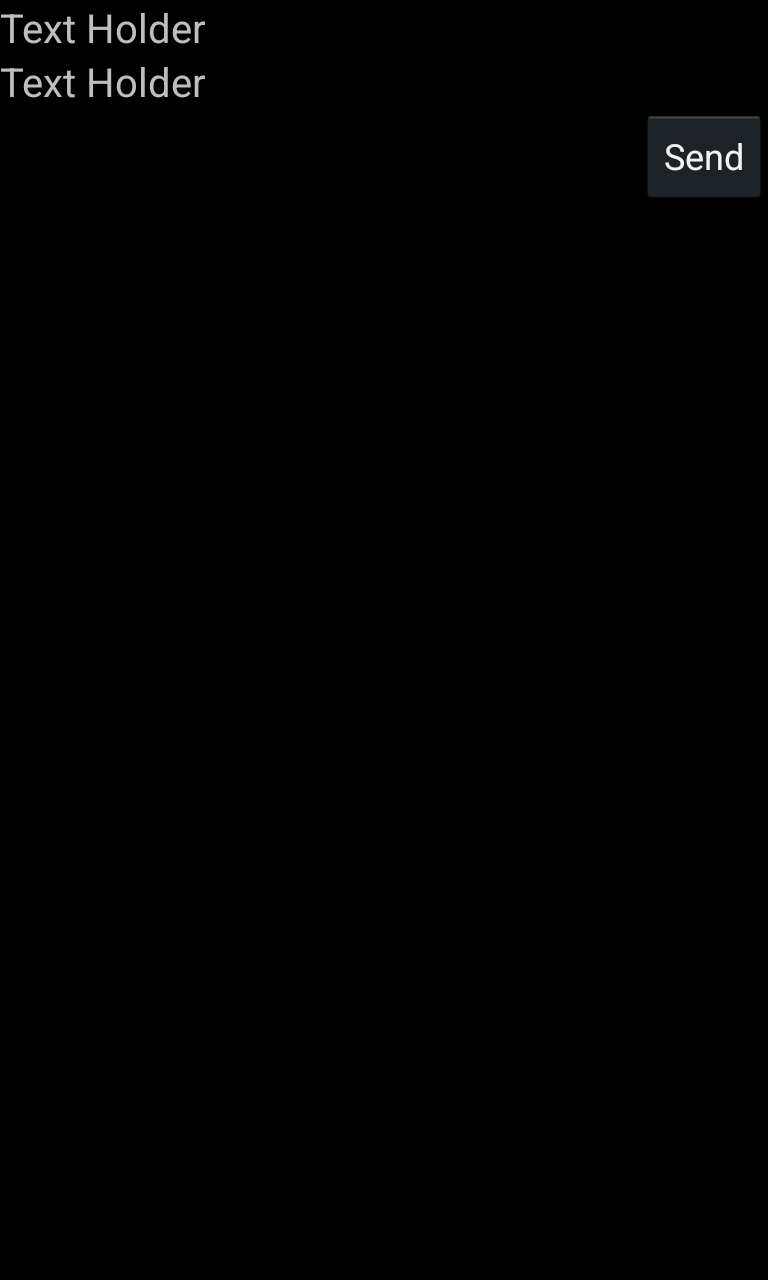
Repository: tomcynicholls/ThirdYearProject
Layout: JavaCode/App/res/layout/activity_display_message.xml
The author's editor kept a copy of each file at every save. The layout is drawn from the files as they stood at one save, then again after the next save.
It is drawn on a 768 x 1280 px phone screen (xhdpi) without system bars, with theme android:Theme.Holo; the app's code is not run.

Above is the layout before, as saved 2013-01-28 22:30:33.

After the next save:
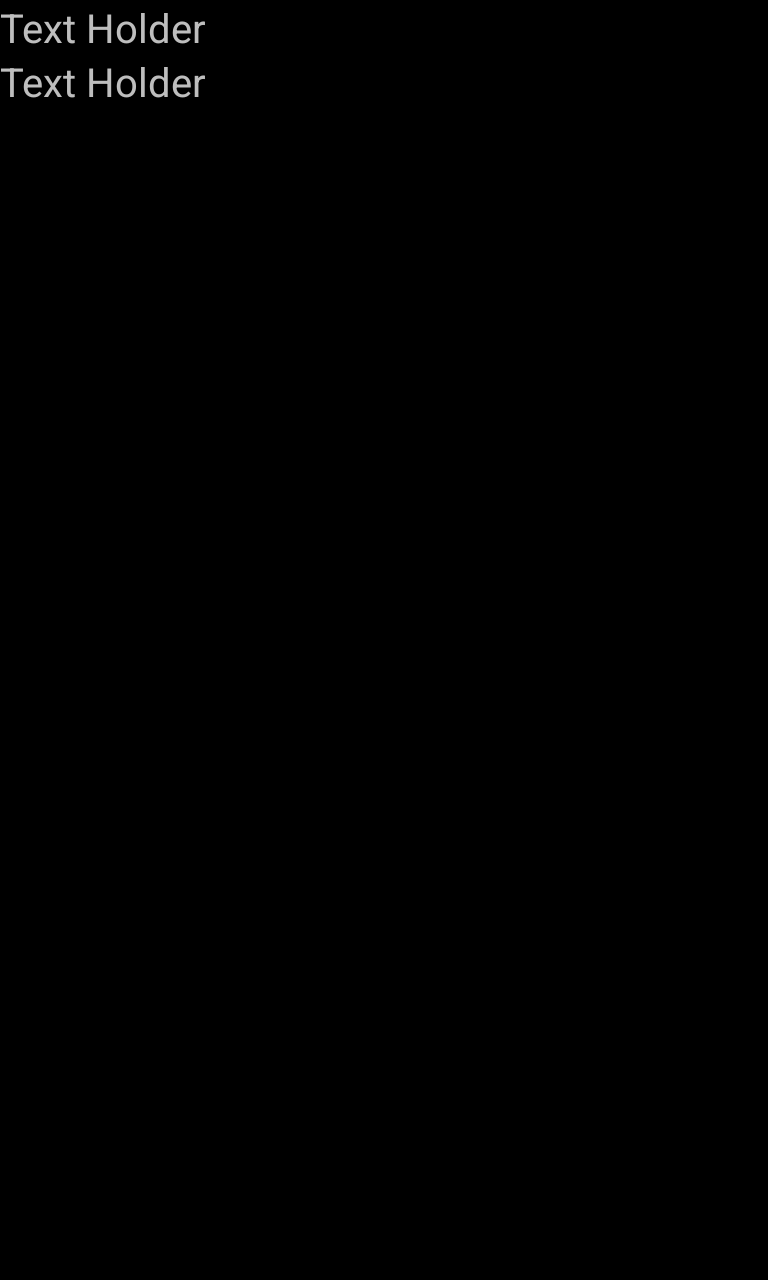
Saved 11 s later.
--- a/JavaCode/App/res/layout/activity_display_message.xml
+++ b/JavaCode/App/res/layout/activity_display_message.xml
@@ -36,7 +36,7 @@
         android:layout_height="wrap_content"
         android:layout_alignParentRight="true"
         android:text="@string/button_send"
-        android:visibility="hidden"
+        android:visibility="invisible"
         android:onClick="sendMessage" />
     </RelativeLayout>
 
